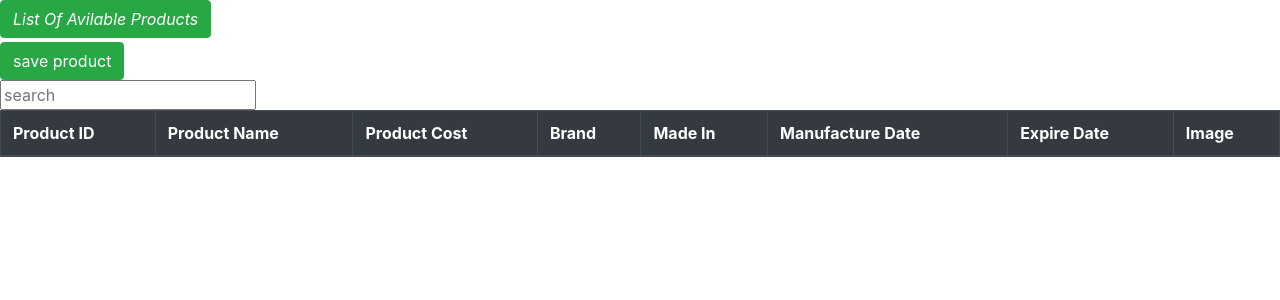
Repository: kamisettiprasanna/AdvJavaPrograms
Page: http://localhost/ProductManagementApp/productList.jsp
These files come from the project's save history. The page is drawn as it stood at one moment and after the next save; the edit follows.
The browser window is 1280 px wide. The pictures show the whole page.
The page is served by Tomcat 9. Other server files are loaded and not shown. Queries for data that is not in the repository find no rows.

Above is the page before, as saved 2024-03-06 06:45:45.

### ProductManagementApp/src/main/webapp/productList.jsp
<%@page import="com.sathya.servlet.*" import="java.util.Base64"%>
<%@ page language="java" contentType="text/html"%>
<%@taglib uri="http://java.sun.com/jsp/jstl/core" prefix="c" %>


<html>
<head>

<title>Product List</title>
<!-- BootStract CDN link to Get the Support of BootStrap-->

<link rel="stylesheet" href="https://stackpath.bootstrapcdn.com/bootstrap/4.5.2/css/bootstrap.min.css">

</head>
<body>
<div>
        <h2 class="text-center font-italic mb-1 btn btn-success">List Of Avilable Products  </h2>
    </div>

   <div>
 <input type="submit" class="btn btn-success" value="save product"/>
 </div>

<div>
<input type="text" placeholder="search">
</div>

<table class="table table-bordered table-striped">

<thead class="thead-dark">
	<tr>

		<th>Product ID</th>
		<th>Product Name</th>
		<th>Product Cost</th>
		<th>Brand</th>
		<th>Made In</th>
		<th>Manufacture Date</th>
		<th>Expire Date</th>
		<th>Image</th>

	</tr>
</thead>

<tbody>
	<c:forEach var="product" items="<%=new ProductDao().findAll()%>">

		<tr>
			<td>${product.proId}</td>
			<td>${product.proName}</td>
			<td>${product.proPrice}</td>
			<td>${product.proBrand}</td>
			<td>${product.promadeIn}</td>
			<td>${product.promDate}</td>
			<td>${product.promeDate}</td>
			<td><img src="data:[embedded picture, 78 characters]" alt="ProductImage" style="max-width: 100px; max-height:100px;"></td>
       </tr>


	</c:forEach>
</tbody>


</table>

</body>
</html>

### ProductManagementApp/src/main/java/com/sathya/servlet/ProductDao.java
package com.sathya.servlet;

	import java.sql.Connection;
	import java.sql.PreparedStatement;
import java.sql.ResultSet;
import java.sql.SQLException;
import java.sql.Statement;
import java.util.ArrayList;
import java.util.List;

	public class ProductDao {
		public int save(Product_data product) throws SQLException
		{
			Connection connection=null;
			PreparedStatement preparedStatement=null;
			int saveResult=0;
			try
			{
				connection=DBconnection.createConnection();
				preparedStatement=connection.prepareStatement("INSERT INTO Product_data VALUES(?,?,?,?,?,?,?,?)");

				preparedStatement.setInt(1, product.getProId());
				preparedStatement.setString(2, product.getProName());
				preparedStatement.setDouble(3, product.getProPrice());
				preparedStatement.setString(4, product.getProBrand());
				preparedStatement.setString(5, product.getPromadeIn());
				preparedStatement.setDate(6, product.getPromDate());
				preparedStatement.setDate(7, product.getPromeDate());
				preparedStatement.setBytes(8, product.getProImage());
				saveResult = preparedStatement.executeUpdate();
		    }
			catch(SQLException e)
			{
				e.printStackTrace();
			}
			finally
			{
				if(preparedStatement!=null)
	                  preparedStatement.close();
				if(connection!=null)
	                 connection.close();
			}
			return saveResult;
	  	}



		public List<Product_data> findAll() {


				List<Product_data> products=new ArrayList<Product_data>();
				try(Connection connection=DBconnection.createConnection();
						Statement statement=connection.createStatement()){
					//execute the query
					ResultSet resultset=statement.executeQuery("select * from Product_data");

					while(resultset.next())
					{
						Product_data product=new Product_data();

						product.setProId(resultset.getInt("proId"));
						product.setProName(resultset.getString("proName"));
						product.setProPrice(resultset.getDouble("proPrice"));
						product.setProBrand(resultset.getString("proBrand"));
						product.setPromadeIn(resultset.getString("promadeIn"));
						product.setPromDate(resultset.getDate("promDate"));
						product.setPromeDate(resultset.getDate("promeDate"));
						product.setProImage(resultset.getBytes("proImage"));

				        products.add(product);

				}

			}
				catch(SQLException e) {
					e.printStackTrace();
				}
			return products;
	 }
	}

### ProductManagementApp/src/main/java/com/sathya/servlet/DBconnection.java
package com.sathya.servlet;

import java.sql.Connection;
import java.sql.DriverManager;
import java.sql.SQLException;

public class DBconnection {

	public static Connection createConnection() {
		// TODO Auto-generated method stub
		Connection connection1=null;
		try {
			Class.forName("oracle.jdbc.driver.OracleDriver");
			connection1=DriverManager.getConnection("jdbc:oracle:thin:@localhost:1521:xe","prasanna","prasanna");
		}
		catch(ClassNotFoundException | SQLException e) {
			e.printStackTrace();
		}
		return connection1;

	}

}

After the next save:
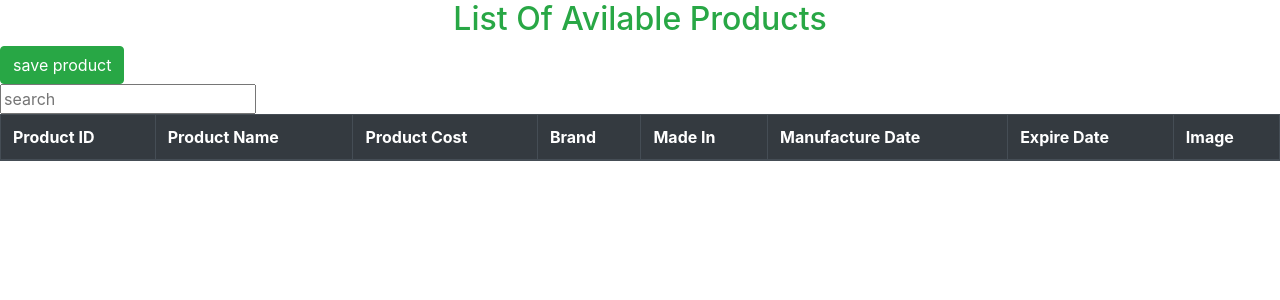
Saved 57 s later.
--- a/ProductManagementApp/src/main/webapp/productList.jsp
+++ b/ProductManagementApp/src/main/webapp/productList.jsp
@@ -14,7 +14,7 @@
 </head>
 <body>
 <div>
-        <h2 class="text-center font-italic mb-1 btn btn-success">List Of Avilable Products  </h2>
+        <h2 class="text-center text-success">List Of Avilable Products  </h2>
     </div>
 
    <div>
